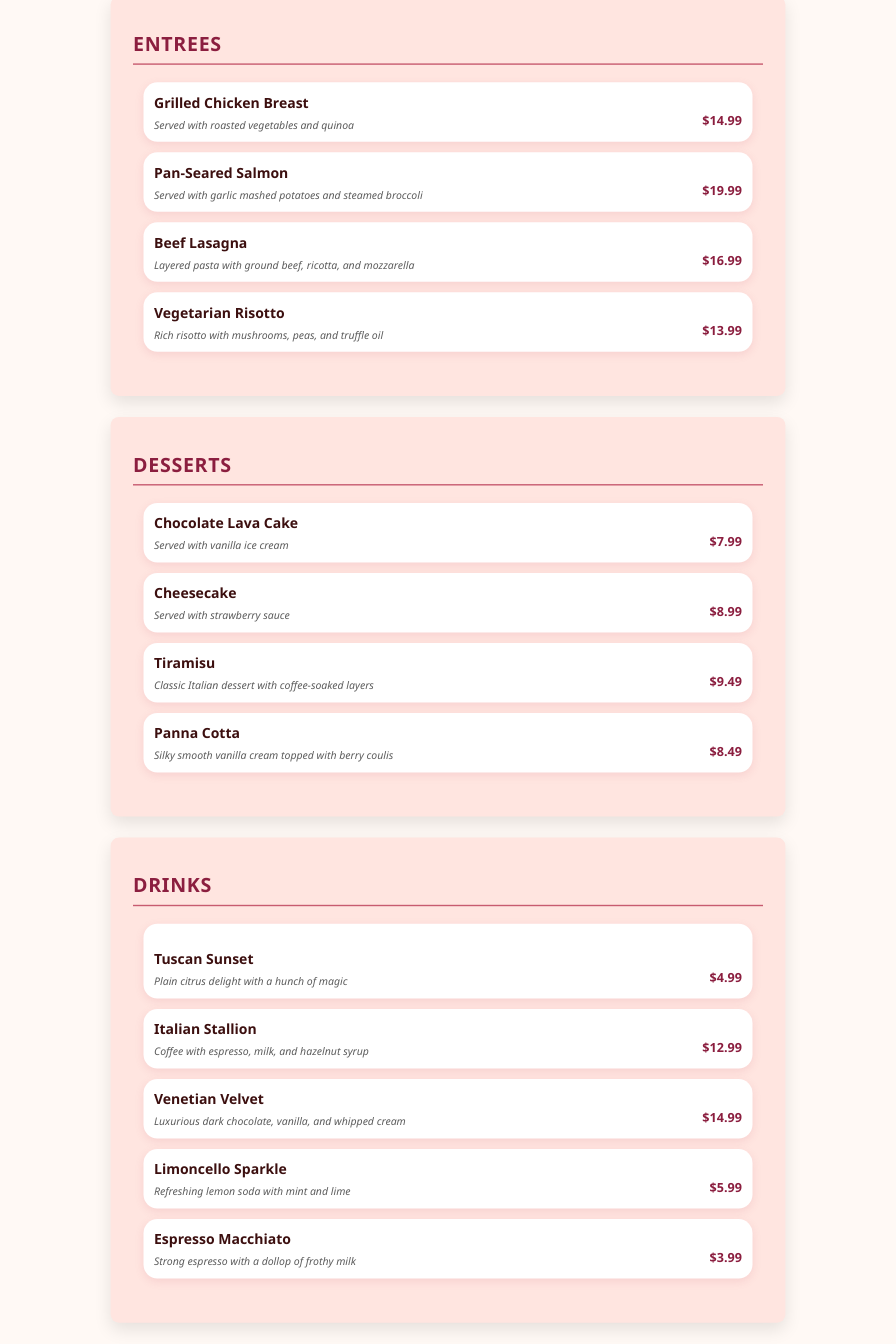
Repository: S12ahana/Food-Ordering-Website
Page: project1/Menu.html
An editor plug-in stored every save of this project. The page is shown before and after the next save, followed by the edit.
The browser window is 1280 px wide. The pictures show the part of the page from y = 801 to 2721 px (the page is 2721 px tall before and 2699 px after), at 70% of full size.

Above is the page before, as saved 2025-07-30 18:25:29.

After the next save:
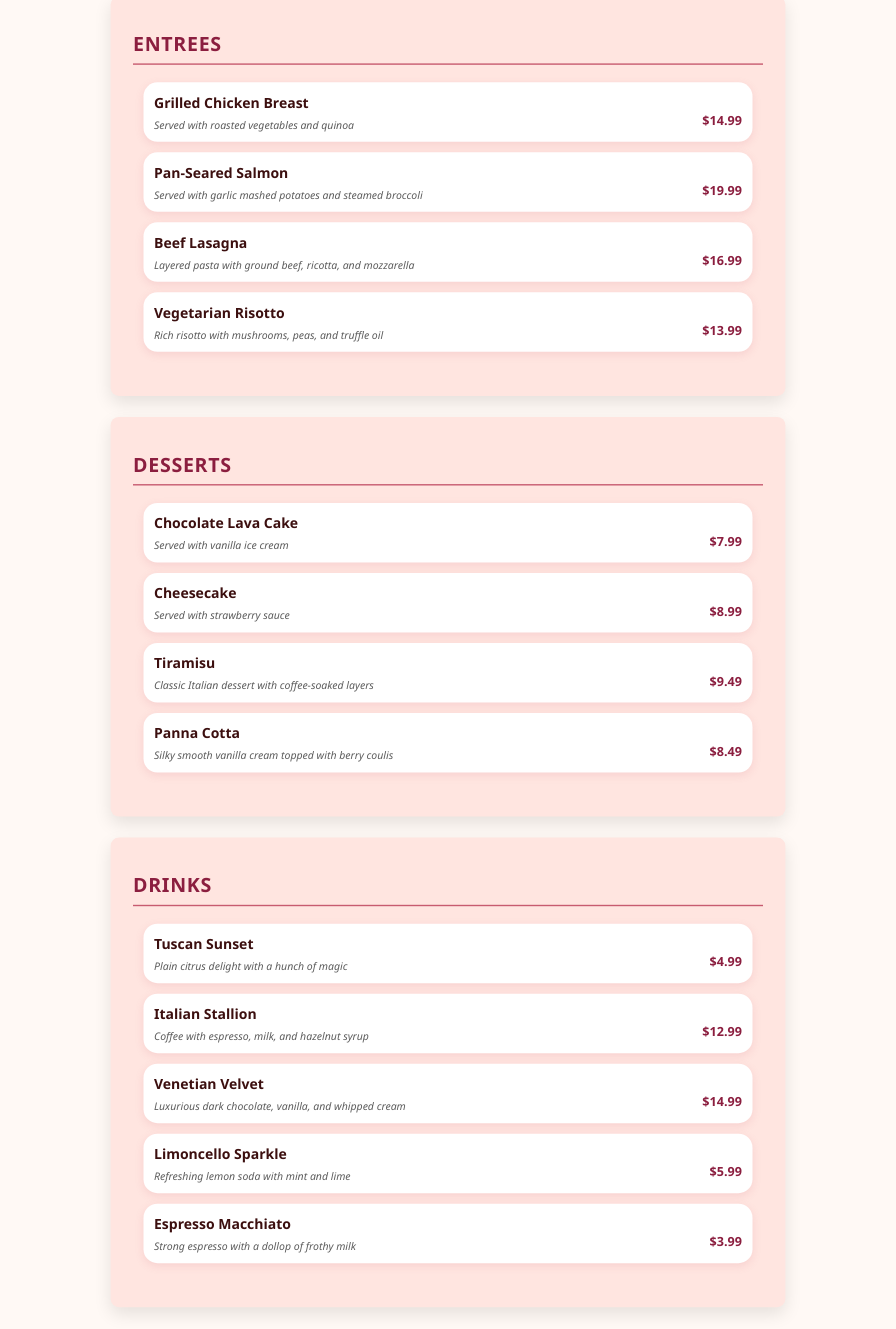
Saved 19 s later.
--- a/project1/Menu.html
+++ b/project1/Menu.html
@@ -93,7 +93,7 @@
   <h2>Drinks</h2>
   <ul>
     <li>
-		<a href="order.html?dish=Tuscan Sunset" style="text-decoration:none; color:inherit;"></a>
+
       	<span class="dish-name">Tuscan Sunset</span>
       	<span class="price">$4.99</span>
       	<p>Plain citrus delight with a hunch of magic</p>
